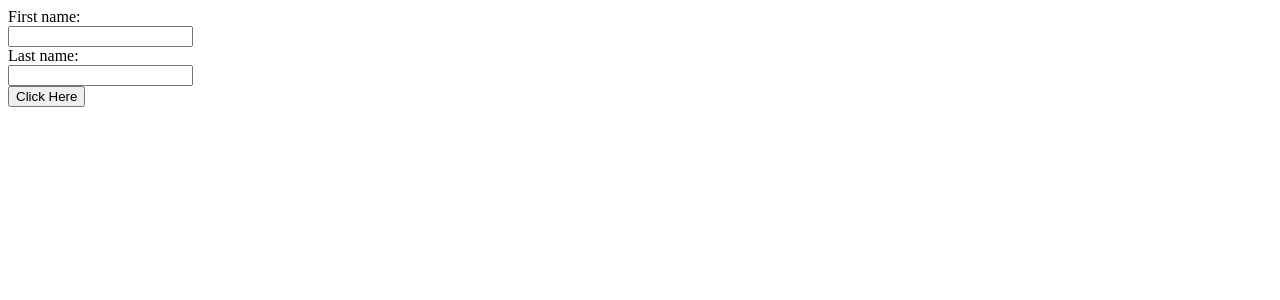
Repository: KANNAHWORLD/201Work
Page: lab9/Lab11/src/main/webapp/lab11.html
These files come from the project's save history. The page is drawn as it stood at one moment and after the next save; the edit follows.
The browser window is 1280 px wide. The pictures show the whole page.

Above is the page before, as saved 2022-11-16 20:50:06.

After the next save:
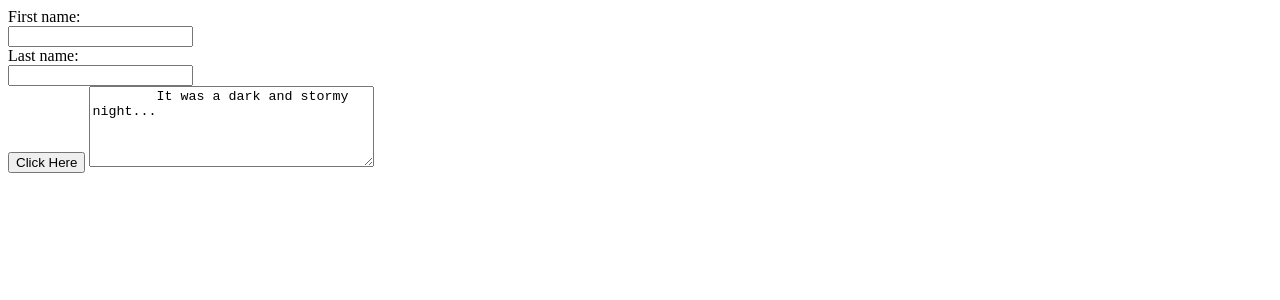
Saved 3 min 20 s later.
--- a/lab9/Lab11/src/main/webapp/lab11.html
+++ b/lab9/Lab11/src/main/webapp/lab11.html
@@ -17,6 +17,11 @@
 
   <input type = "submit" value = "Click Here" >
 
+  <textarea id="story" name="story"
+          rows="5" cols="33">
+	It was a dark and stormy night...
+	</textarea>
+
 </form>
 
 </body>
